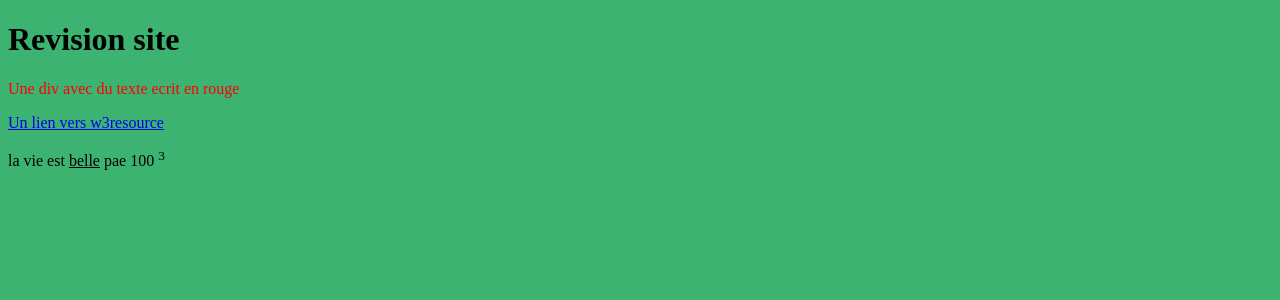
Repository: Elie-Dey/boot-start
Page: index.html
An editor plug-in stored every save of this project. The page is shown before and after the next save, followed by the edit.
The browser window is 1280 px wide. The pictures show the whole page.

Above is the page before, as saved 2021-08-18 23:14:00.

After the next save:
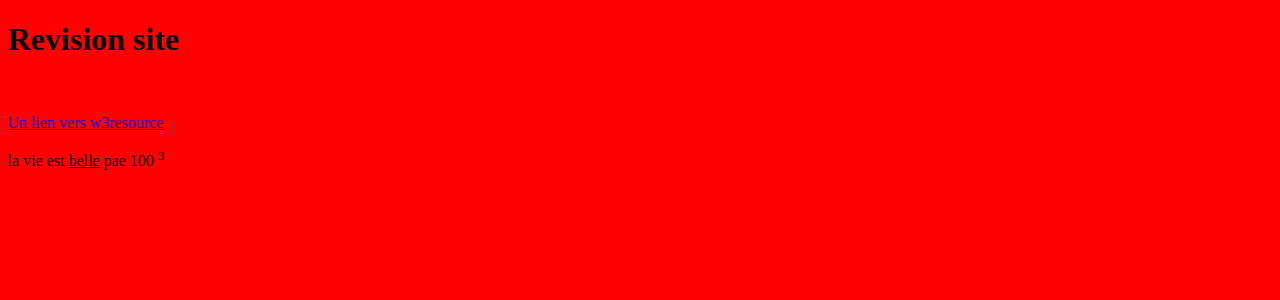
Saved 12 s later.
--- a/index.html
+++ b/index.html
@@ -7,7 +7,7 @@
     <link rel="stylesheet" href="style.css">
     <title>Revision html</title>
 </head>
-<body style="background-color: mediumseagreen;">
+<body>
 <header> <h1>Revision site</h1> </header>
 <div> <p style="color:red"> Une div avec du texte ecrit en rouge</p></div>
 
